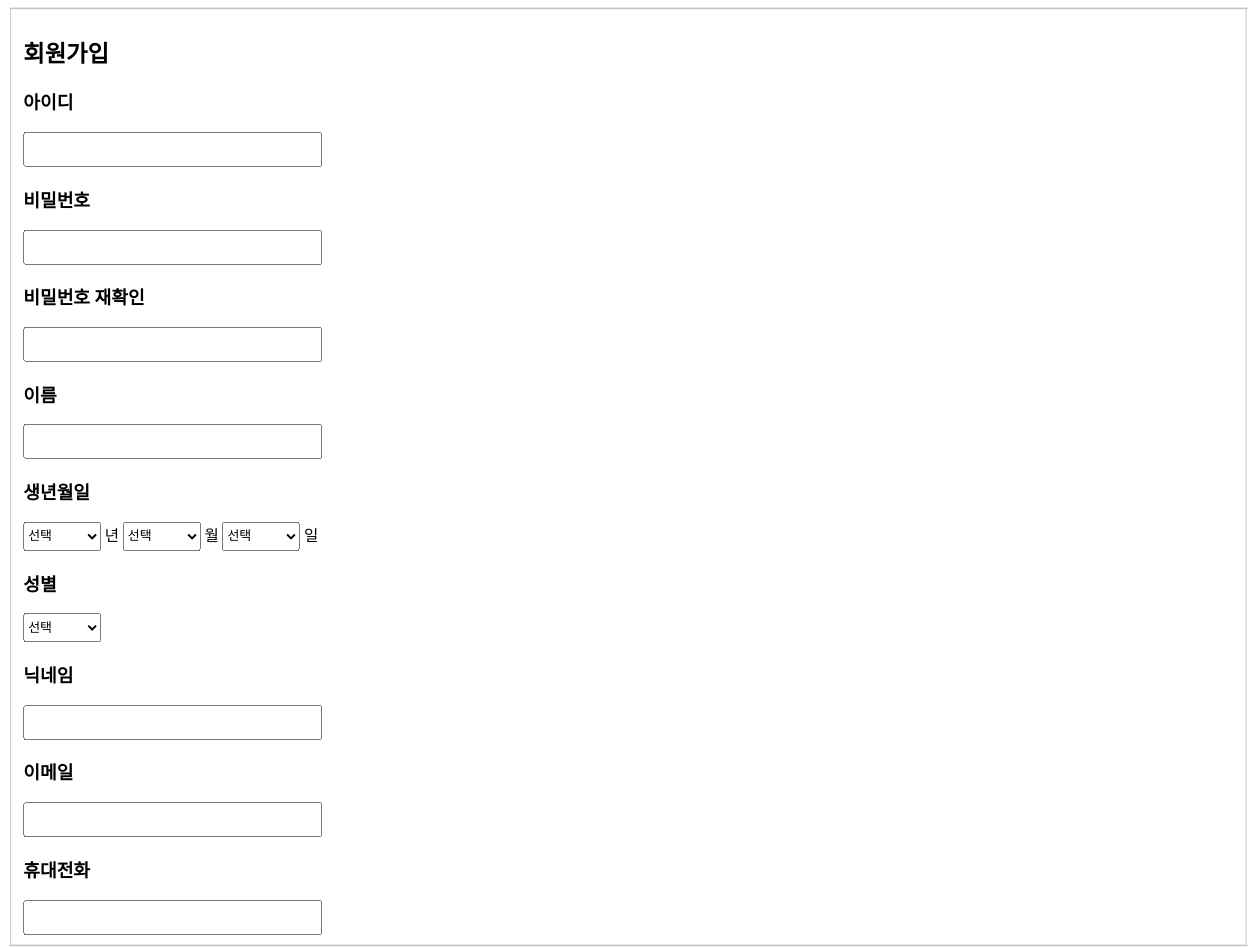
Repository: agheha/trillion
Page: YH/login/login.html
An editor plug-in stored every save of this project. The page is shown before and after a run of saves, followed by the edit.
The browser window is 1280 px wide. The page is 1288 px wide, so the pictures cover 1288 px, including what lies to the right of the window. The pictures show the whole page, at 97% of full size.

Above is the page before, as saved 2019-09-03 18:09:06.

### YH/login/login.html
<!DOCTYPE html>
<html lang="en">
<head>
    <meta charset="UTF-8">
    <meta name="viewport" content="width=device-width, initial-scale=1.0">
    <meta http-equiv="X-UA-Compatible" content="ie=edge">
    <title>Document</title>
    <link rel="stylesheet" href="login.css">
</head>
<body>
    <form>
        <fieldset>
            <h2>회원가입</h2>
                <h3>아이디</h3>
                <div><input class="user_id" type="text" name="msg"></div>
                <h3>비밀번호</h3>
                <div><input type="password" name="pass"></div>
                <h3>비밀번호 재확인</h3>
                <div><input type="password" name="pass"></div>
                <h3>이름</h3>
                <div><input type="text" name="name"></div>
                <h3>생년월일</h3>
                <div>
                    <select id="birth_year" name="year">
                        <option value="1">서울</option>
                        <option value="2">대구</option>
                        <option value="0" selected>선택</option>
                    </select> 년
                    <select id="birth_month" name="month">
                        <option value="1">서울</option>
                        <option value="2">대구</option>
                        <option value="0" selected>선택</option>
                    </select> 월
                    <select id="birth_date" name="date">
                        <option value="1">서울</option>
                        <option value="2">대구</option>
                        <option value="0" selected>선택</option>
                    </select> 일
                </div>
                <h3>성별</h3>
                <div>
                     <select id="gender" name="gender">
                        <option value="1">서울</option>
                        <option value="2">대구</option>
                        <option value="0" selected>선택</option>
                    </select>
                </div>
                <h3>닉네임</h3>
                <div><input type="password" name="nicname"></div>
                <h3>이메일</h3>
                <div></div><input type="email" name="email" required></div>
                <h3>휴대전화</h3>
                <div></div><input type="text" name="phnum"></div>
        </fieldset>
    </form>
</body>
</html>

### YH/login/login.css
body,html {
    width : 100%;
    height: 100%;
    margin: 0, auto;
}
input{
    width: 300px;
    height: 30px;
}
select {
    width: 80px;
    height: 30px;
}

#gender{
    witdh: 300px;
}
#birth_year,#birth_month,#birth_date {

}

After the next 3 saves:
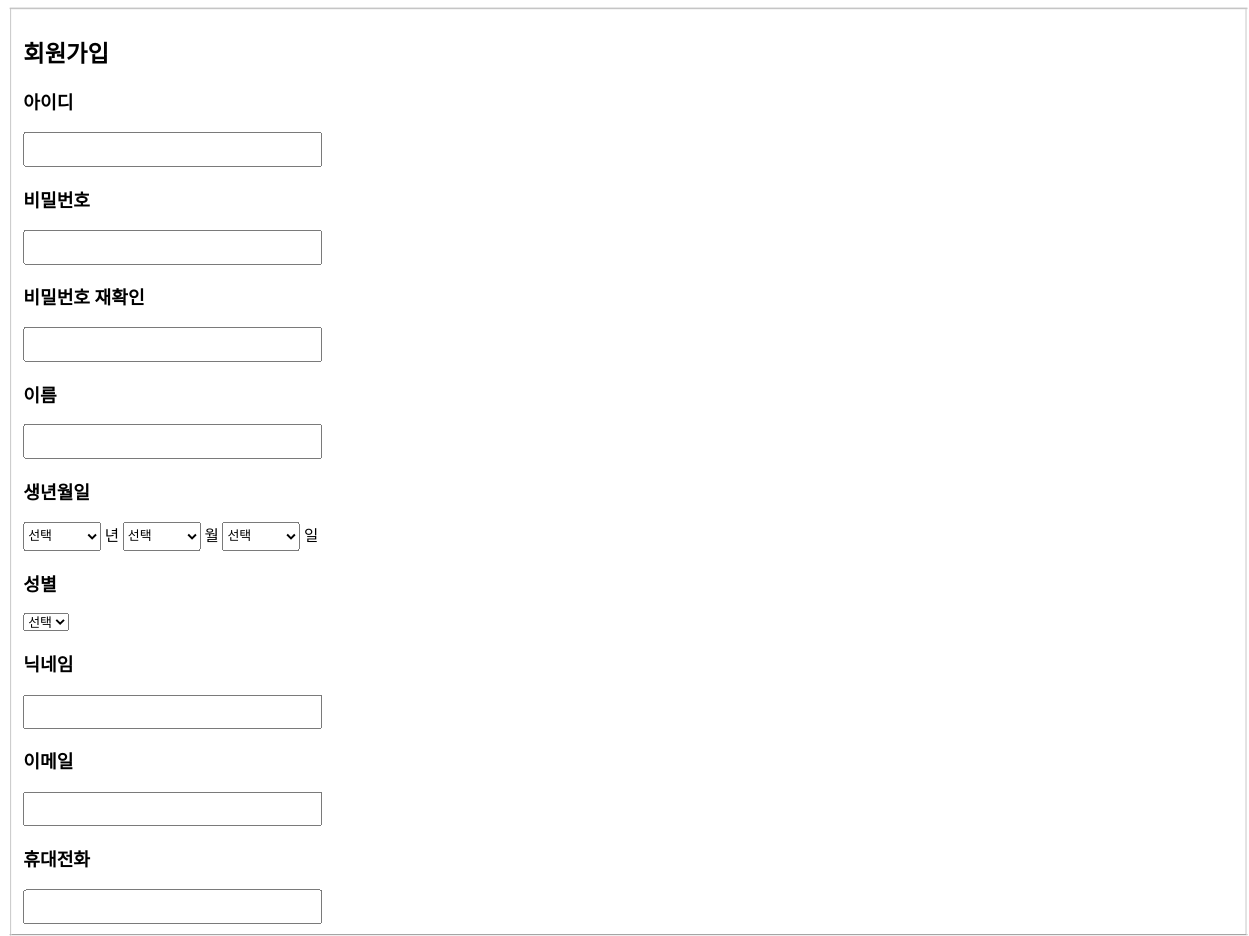
The 3 saves are shown as one change because they came seconds apart.
The last was saved 11 s later.
--- a/YH/login/login.css
+++ b/YH/login/login.css
@@ -8,13 +8,13 @@
     height: 30px;
 }
 select {
-    width: 80px;
-    height: 30px;
+
 }
 
 #gender{
     witdh: 300px;
 }
 #birth_year,#birth_month,#birth_date {
-
+    width: 80px;
+    height: 30px;
 }

After the save that followed:
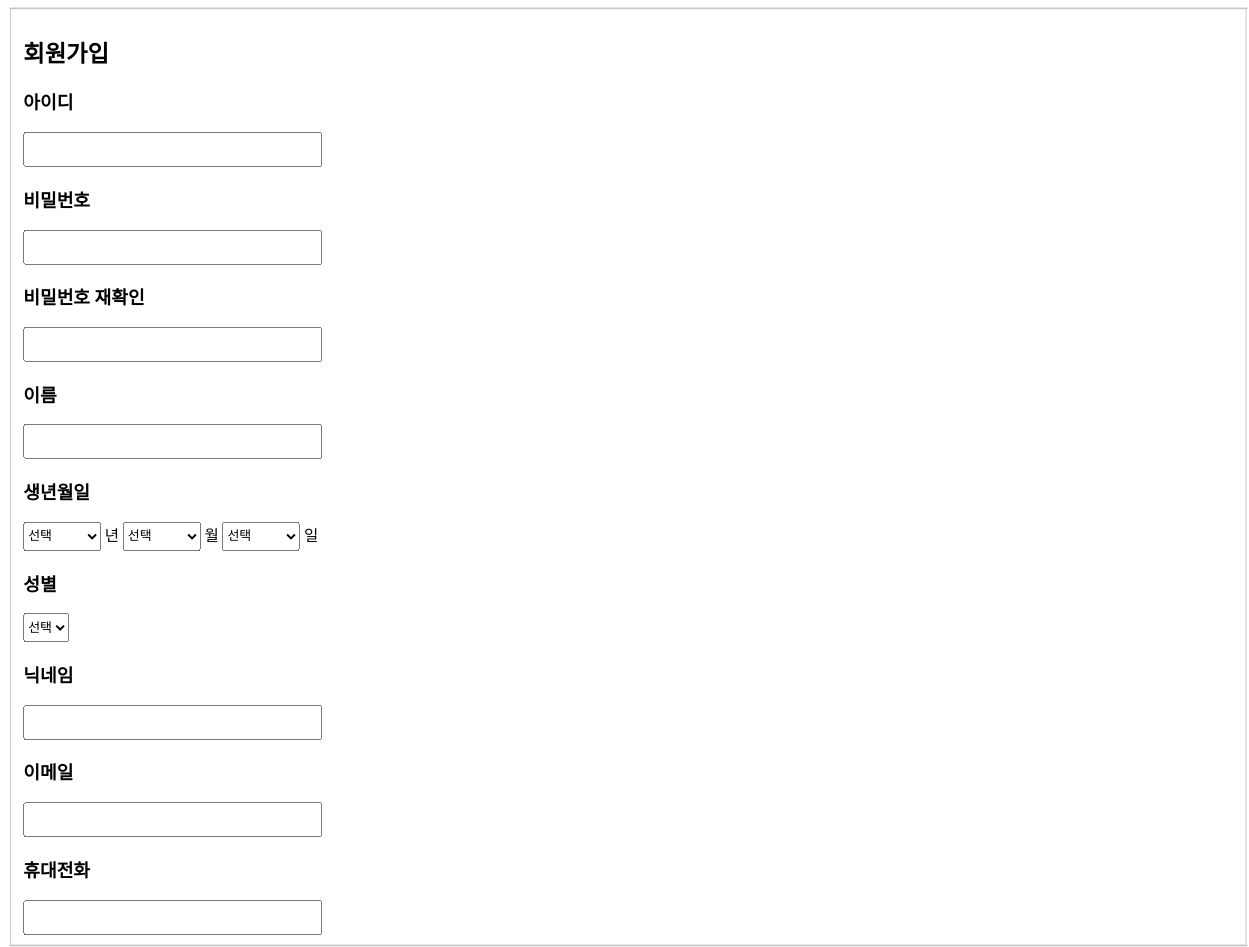
Saved 7 s later.
--- a/YH/login/login.css
+++ b/YH/login/login.css
@@ -13,6 +13,7 @@
 
 #gender{
     witdh: 300px;
+    height: 30px;
 }
 #birth_year,#birth_month,#birth_date {
     width: 80px;
